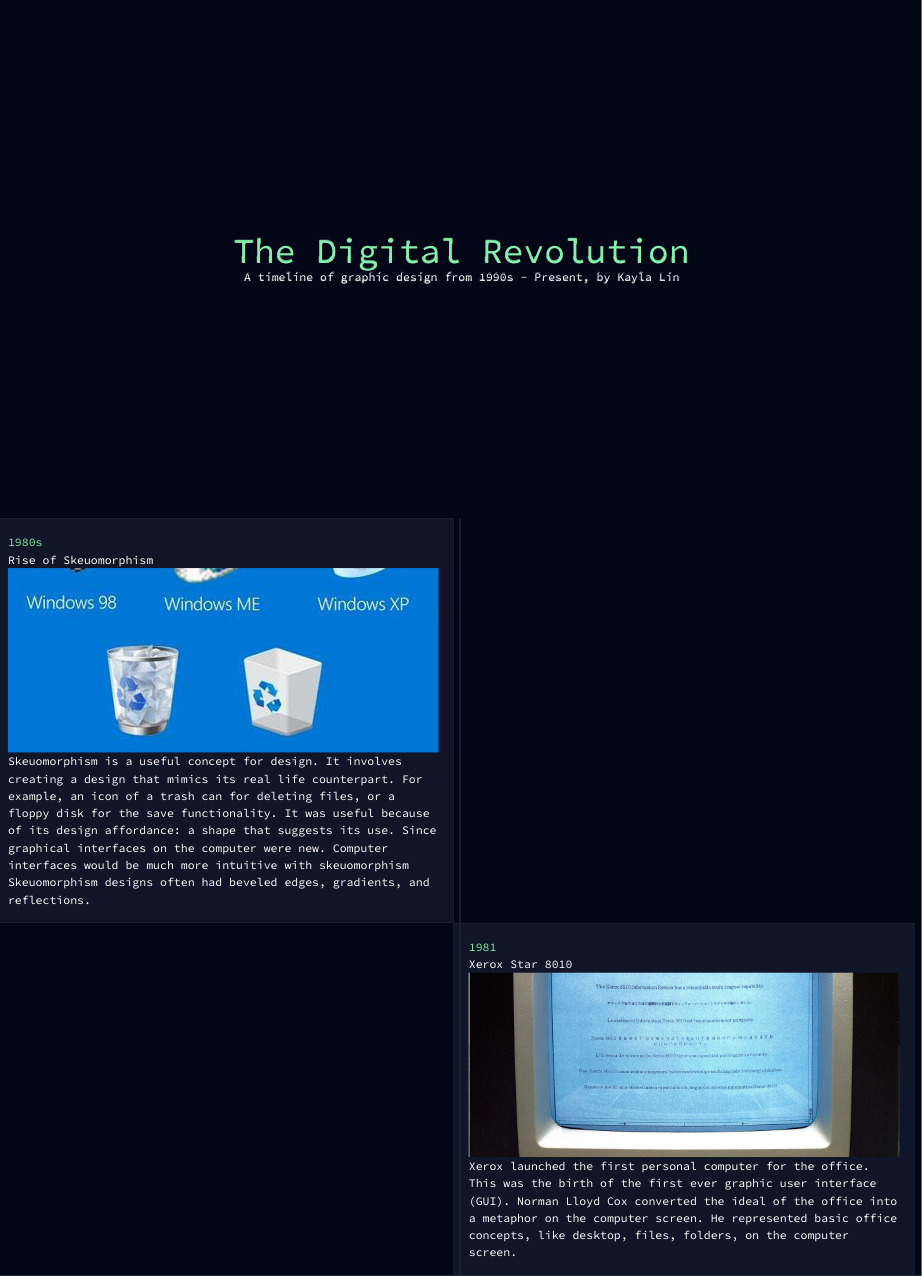
Repository: kayla-lin/graphic-design-timeline
Page: /
These files come from the project's save history. The page is drawn as it stood at one moment and after the next save; the edit follows.
The browser window is 1280 px wide. The pictures show the whole page, at 72% of full size.
The project was rebuilt for these pictures with package versions that can differ from the ones it lists, and the page was loaded fresh each time. The framework's server and built-in components were replaced by stand-ins that run in the browser. Also part of the build but not shown: next.config.js.

Above is the page before, as saved 2023-05-01 20:09:30.

### pages/index.tsx
import Image from "next/image";
import { Source_Code_Pro } from "next/font/google";
import Introduction from "./components/Introduction";
import TimelineElement from "./components/TimelineElement";
import Timeline from "./components/Timeline";

const source = Source_Code_Pro({ subsets: ["latin"] });

export default function Home() {
  return (
    <main className={`${source.className} bg-slate-950`}>
      <Introduction />
      <Timeline>
        <TimelineElement
          title="Rise of Skeuomorphism"
          date="1980s"
          img="skeumorphic.png"
          desc={
            "Skeuomorphism is a useful concept for design. It involves creating a design that mimics its real life counterpart. For example, an icon of a trash can for deleting files, or a floppy disk for the save functionality. It was useful because of its design affordance: a shape that suggests its use. Since graphical interfaces on the computer were new. Computer interfaces would be much more intuitive with skeuomorphism Skeuomorphism designs often had beveled edges, gradients, and reflections."
          }
        />
        <TimelineElement
          title="Xerox Star 8010"
          date="1981"
          img="xerox.jpeg"
          desc={
            "Xerox launched the first personal computer for the office. This was the birth of the first ever graphic user interface (GUI).  Norman Lloyd Cox converted the ideal of the office into a metaphor on the computer screen. He represented basic office concepts, like desktop, files, folders, on the computer screen."
          }
        />
      </Timeline>
    </main>
  );
}

### styles/globals.css
@tailwind base;
@tailwind components;
@tailwind utilities;

@import url("https://fonts.googleapis.com/css?family=Fira+Mono:400");

.glitch {
  animation: glitch 1s linear infinite;
}

@keyframes glitch {
  2%,
  64% {
    transform: translate(2px, 0) skew(0deg);
  }
  4%,
  60% {
    transform: translate(-2px, 0) skew(0deg);
  }
  62% {
    transform: translate(0, 0) skew(5deg);
  }
}

.glitch:before,
.glitch:after {
  content: attr(title);
  position: absolute;
  left: 0;
}

.glitch:before {
  animation: glitchTop 1s linear infinite;
  clip-path: polygon(0 0, 100% 0, 100% 33%, 0 33%);
  -webkit-clip-path: polygon(0 0, 100% 0, 100% 33%, 0 33%);
}

@keyframes glitchTop {
  2%,
  64% {
    transform: translate(2px, -2px);
  }
  4%,
  60% {
    transform: translate(-2px, 2px);
  }
  62% {
    transform: translate(13px, -1px) skew(-13deg);
  }
}

.glitch:after {
  animation: glitchBotom 1.5s linear infinite;
  clip-path: polygon(0 67%, 100% 67%, 100% 100%, 0 100%);
  -webkit-clip-path: polygon(0 67%, 100% 67%, 100% 100%, 0 100%);
}

@keyframes glitchBotom {
  2%,
  64% {
    transform: translate(-2px, 0);
  }
  4%,
  60% {
    transform: translate(-2px, 0);
  }
  62% {
    transform: translate(-22px, 5px) skew(21deg);
  }
}

### pages/components/Introduction/index.tsx
import React from "react";

const Introduction = () => {
  return (
    <section className="h-screen w-screen text-white flex flex-col justify-center items-center">
      <h1
        title="The Digital Revolution"
        className="glitch text-5xl text-green-300"
      >
        The Digital Revolution
      </h1>
      <div
        className="glitch"
        title="A timeline of graphic design from 1990s - Present, by Kayla Lin"
      >
        A timeline of graphic design from 1990s - Present, by Kayla Lin
      </div>
    </section>
  );
};

export default Introduction;

### pages/components/TimelineElement/index.tsx
import Image from "next/image";
import React, { FC, useEffect } from "react";
import { useAnimation, motion } from "framer-motion";
import { useInView } from "react-intersection-observer";

const squareVariants = {
  visible: { opacity: 1, scale: 1, left: -10, transition: { duration: 1 } },
  hidden: { opacity: 0, scale: 0, left: 0 },
};

interface Props {
  title: string;
  date: string;
  desc: string;
  img?: string;
  index?: number;
}

const TimelineElement: FC<Props> = ({ title, desc, img, date, index }) => {
  const controls = useAnimation();
  const [ref, inView] = useInView();

  useEffect(() => {
    if (inView) {
      controls.start("visible");
    }
  }, [controls, inView]);

  return (
    <motion.div
      ref={ref}
      animate={controls}
      initial="hidden"
      variants={squareVariants}
      className={`w-1/2 relative text-white bg-slate-400 bg-opacity-10 p-5 border border-gray-800 flex flex-col gap-3  ${
        index ? "self-end left-5" : "self-start right-5"
      }`}
    >
      <div>
        <span className="text-green-300">{date}</span>
        <h1>{title}</h1>
        {img && (
          <div className="h-64 w-100 relative">
            <Image
              src={`/img/${img}`}
              alt={title}
              layout="fill" // required
              objectFit="cover" // change to suit your needs
            />
          </div>
        )}
        <p>{desc}</p>
      </div>
    </motion.div>
  );
};

export default TimelineElement;

### pages/components/Timeline/index.tsx
import React, { Children, FC, ReactNode } from "react";

interface Props {
  children: ReactNode;
}

const Timeline: FC<Props> = ({ children }) => {
  const mapped = Children.map(children, (child, index) => {
    if (React.isValidElement(child)) {
      return React.cloneElement(child, {
        ...child.props,
        index,
        isFirst: index === 0,
        isLast: !Array.isArray(children) || index === children.length - 1,
      });
    }
    return null;
  });

  return (
    <section className="container mx-auto flex flex-col relative">
      <span className="h-full right-1/2 w-0.5 bg-gray-800 absolute z-50" />
      {mapped}
    </section>
  );
};

export default Timeline;

Loaded but not shown: pages/_app.tsx (common file); pages/_document.tsx (common file); tailwind.config.js (common file)

After the next save:
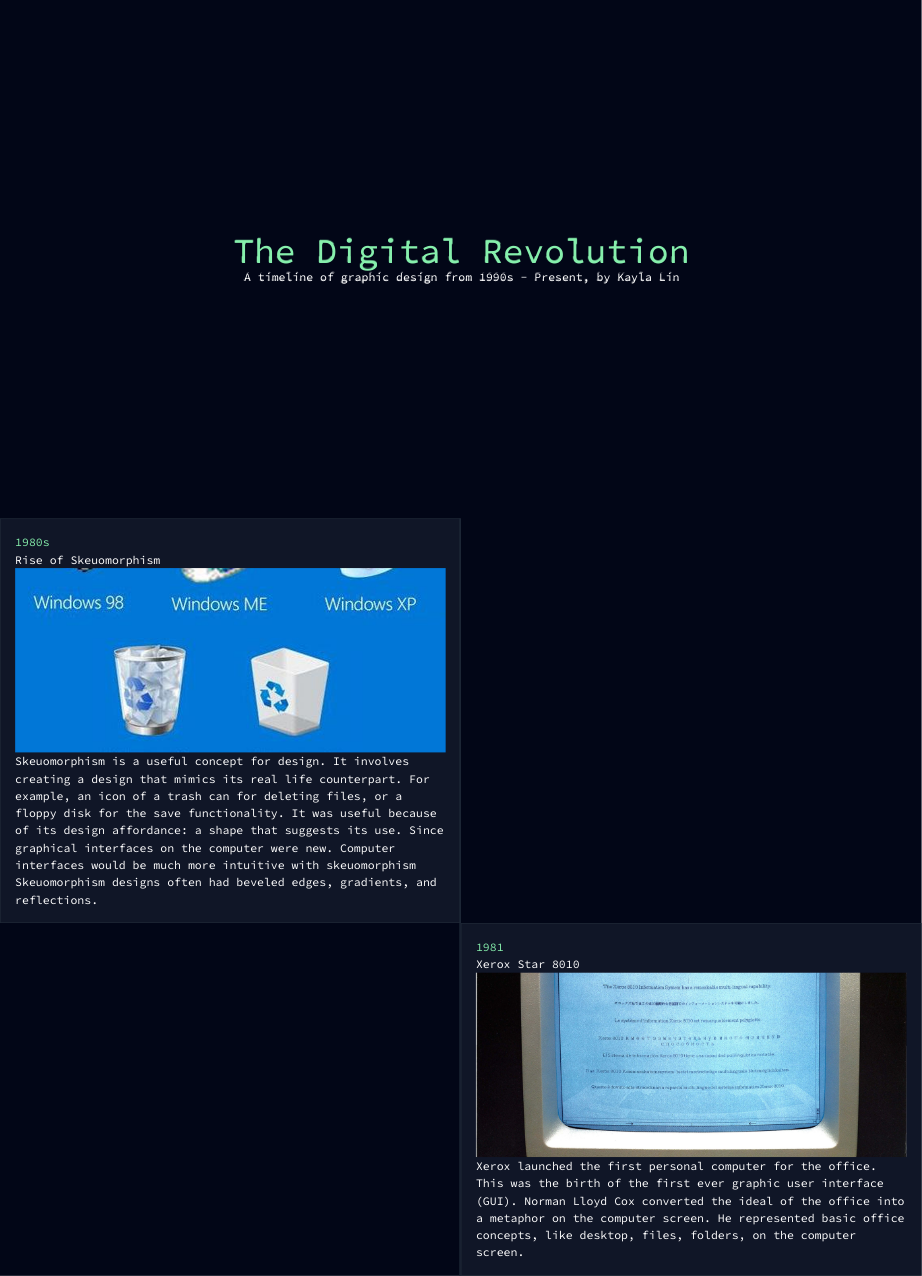
Saved 23 s later.
--- a/pages/components/TimelineElement/index.tsx
+++ b/pages/components/TimelineElement/index.tsx
@@ -2,11 +2,6 @@
 import React, { FC, useEffect } from "react";
 import { useAnimation, motion } from "framer-motion";
 import { useInView } from "react-intersection-observer";
-
-const squareVariants = {
-  visible: { opacity: 1, scale: 1, left: -10, transition: { duration: 1 } },
-  hidden: { opacity: 0, scale: 0, left: 0 },
-};
 
 interface Props {
   title: string;
@@ -19,6 +14,11 @@
 const TimelineElement: FC<Props> = ({ title, desc, img, date, index }) => {
   const controls = useAnimation();
   const [ref, inView] = useInView();
+
+  const squareVariants = {
+    visible: { opacity: 1, scale: 1, left: 0, transition: { duration: 1 } },
+    hidden: { opacity: 0, scale: 0, left: index ? -5 : 5 },
+  };
 
   useEffect(() => {
     if (inView) {
